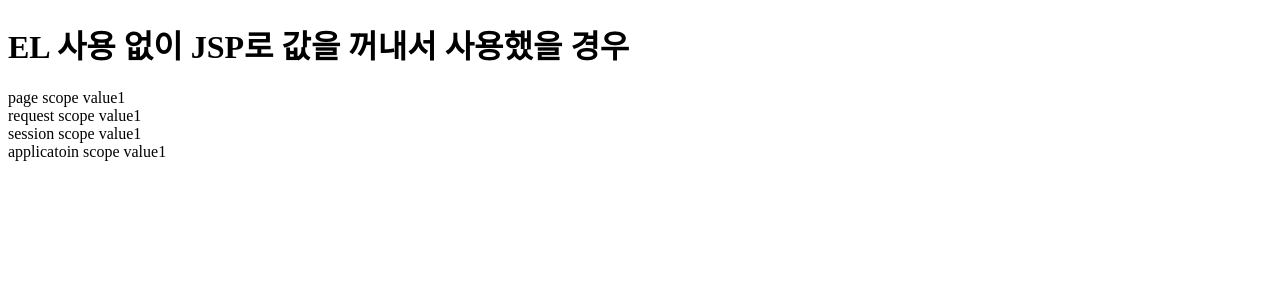
Repository: SHIN-HANBEEN/boostcourse
Page: http://localhost/firstweb/el01.jsp
An editor plug-in stored every save of this project. The page is shown before and after the next save, followed by the edit.
The browser window is 1280 px wide. The pictures show the whole page.
The page is served by Tomcat 10. Other server files are loaded and not shown.

Above is the page before, as saved 2023-07-18 02:56:39.

### firstweb/src/main/webapp/el01.jsp
<%@ page language="java" contentType="text/html; charset=EUC-KR"
    pageEncoding="EUC-KR"%>
<!DOCTYPE html>
<%
	pageContext.setAttribute("p1", "page scope value1");
	request.setAttribute("r1", "request scope value1");
	session.setAttribute("s1", "session scope value1");
	application.setAttribute("a1", "applicatoin scope value1");
%>
<html>
<head>
<meta charset="EUC-KR">
<title>Insert title here</title>
</head>
<body>
<h1>EL 사용 없이 JSP로 값을 꺼내서 사용했을 경우</h1>
<%=pageContext.getAttribute("p1") %> <br>
<%=request.getAttribute("r1") %> <br>
<%=session.getAttribute("s1") %> <br>
<%=application.getAttribute("a1") %> <br>
</body>
</html>

After the next save:
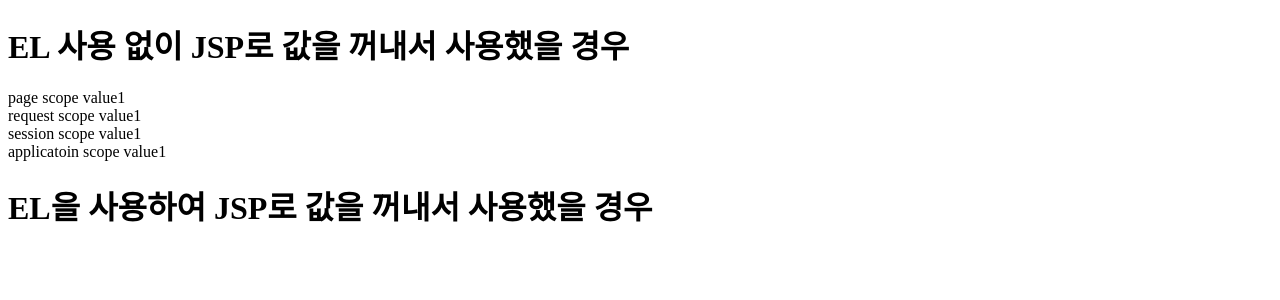
Saved 25 s later.
--- a/firstweb/src/main/webapp/el01.jsp
+++ b/firstweb/src/main/webapp/el01.jsp
@@ -18,5 +18,8 @@
 <%=request.getAttribute("r1") %> <br>
 <%=session.getAttribute("s1") %> <br>
 <%=application.getAttribute("a1") %> <br>
+
+<h1>EL을 사용하여 JSP로 값을 꺼내서 사용했을 경우</h1>
+
 </body>
 </html>
